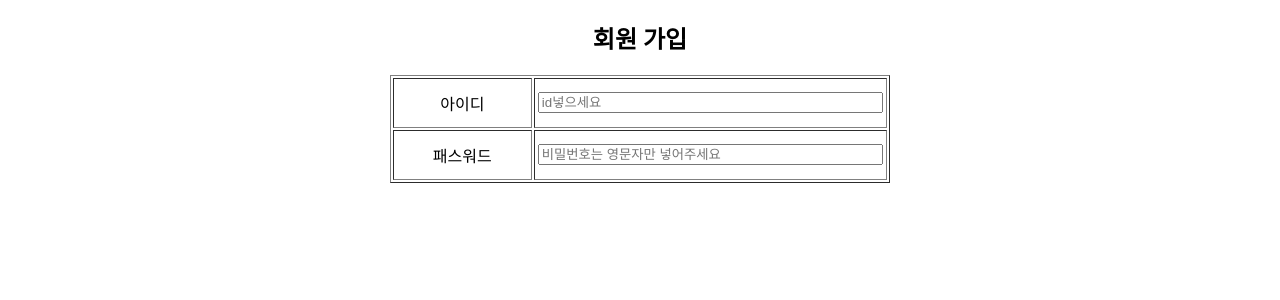
Repository: BartsimisraB/JavaPractice_
Page: http://localhost/Webpractice6/Session.jsp
The author's editor kept a copy of each file at every save. The page is drawn from the files as they stood at one save, then again after the next save.
The browser window is 1280 px wide. The pictures show the whole page.
The page is served by Tomcat 9.

Above is the page before, as saved 2023-01-12 05:52:24.

### Webpractice6/src/main/webapp/Session.jsp
<%@ page language="java" contentType="text/html; charset=UTF-8"
    pageEncoding="UTF-8"%>
<!DOCTYPE html>
<html>
<head>
<meta charset="UTF-8">
<title>Insert title here</title>
</head>
<body>
<center>

    <h2> 회원 가입 </h2>

    <form action="Member" method="get">

    <table width="500" border="1">

    <tr height="50">

        <td width="150" align="center"> 아이디 </td>

        <td width="350" align="center"><input type="text" name="id" size="40" placeholder="id넣으세요"></td>

    </tr>

    <tr height="50">

        <td width="150" align="center"> 패스워드 </td>

        <td width="350" align="center"><input type="password" name="pass1" size="40" placeholder="비밀번호는 영문자만 넣어주세요"></td>
</body>
</html>

After the next save:
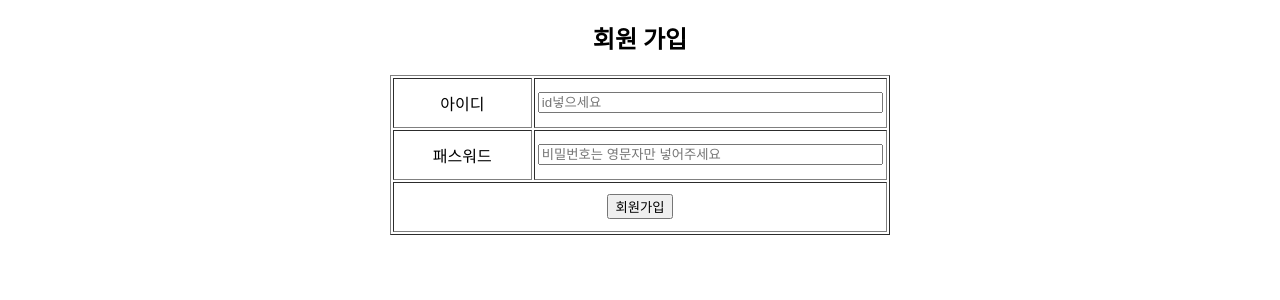
Saved 18 s later.
--- a/Webpractice6/src/main/webapp/Session.jsp
+++ b/Webpractice6/src/main/webapp/Session.jsp
@@ -1,5 +1,5 @@
 <%@ page language="java" contentType="text/html; charset=UTF-8"
-    pageEncoding="UTF-8"%>
+	pageEncoding="UTF-8"%>
 <!DOCTYPE html>
 <html>
 <head>
@@ -7,26 +7,39 @@
 <title>Insert title here</title>
 </head>
 <body>
-<center>
+	<center>
+		<h2>회원 가입</h2>
+		<form action="Member" method="get">
+			<table width="500" border="1">
 
-    <h2> 회원 가입 </h2>
+				<tr height="50">
 
-    <form action="Member" method="get">
+					<td width="150" align="center">아이디</td>
 
-    <table width="500" border="1">
+					<td width="350" align="center"><input type="text" name="id"
+						size="40" placeholder="id넣으세요"></td>
 
-    <tr height="50">
+				</tr>
 
-        <td width="150" align="center"> 아이디 </td>
+				<tr height="50">
 
-        <td width="350" align="center"><input type="text" name="id" size="40" placeholder="id넣으세요"></td>
+					<td width="150" align="center">패스워드</td>
 
-    </tr>
+					<td width="350" align="center"><input type="password"
+						name="pass1" size="40" placeholder="비밀번호는 영문자만 넣어주세요"></td>
+				</tr>
 
-    <tr height="50">
+				<tr height="50">
 
-        <td width="150" align="center"> 패스워드 </td>
+					<td align="center" colspan="2"><input type="submit"
+						value="회원가입"></td>
 
-        <td width="350" align="center"><input type="password" name="pass1" size="40" placeholder="비밀번호는 영문자만 넣어주세요"></td>
+				</tr>
+
+
+
+			</table>
+
+		</form>
 </body>
 </html>
